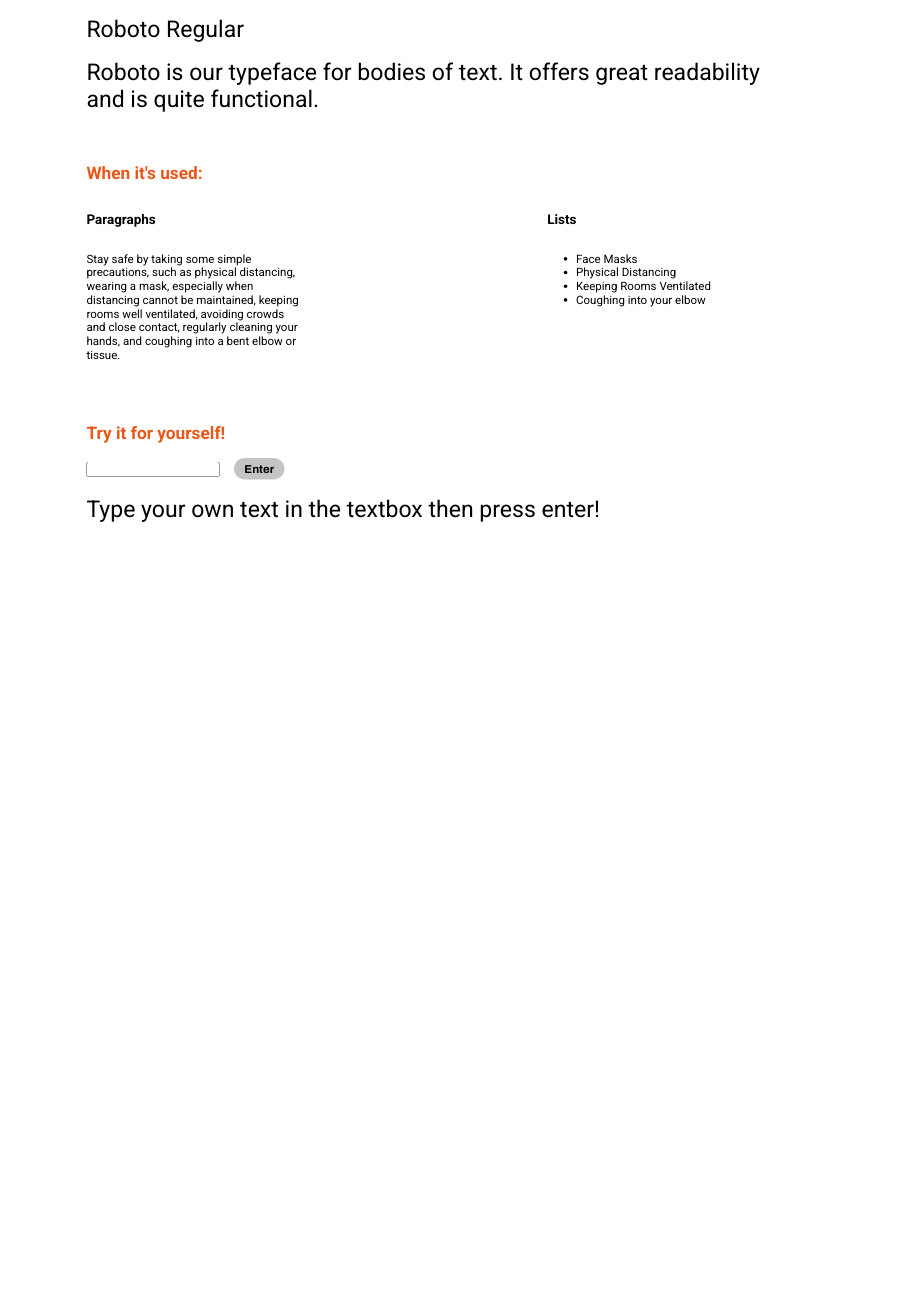
Repository: Levic559/bird-styleguide
Page: typography/index.html
The author's editor kept a copy of each file at every save. The page is drawn from the files as they stood at one save, then again after the next save.
The browser window is 1280 px wide. The pictures show the whole page, at 72% of full size.

Above is the page before, as saved 2021-03-22 05:37:58.

After the next save:
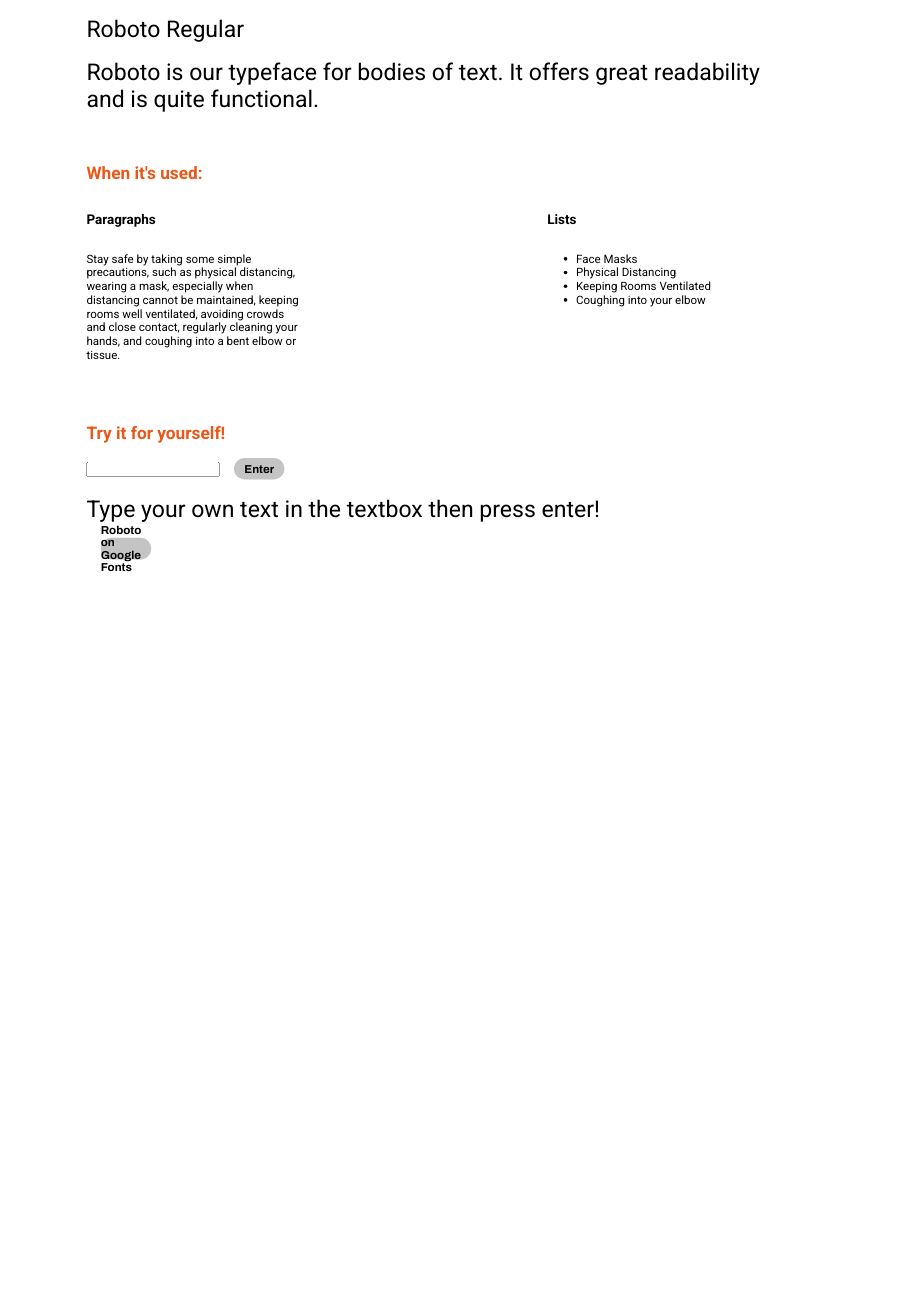
Saved 21 s later.
--- a/typography/index.html
+++ b/typography/index.html
@@ -39,6 +39,7 @@
                     <div class="enter" onclick="textOne()">Enter</div>
                 </div>
                 <h1 class="Roboto" id="output1">Type your own text in the textbox then press enter!</h1>
+                <div class="linkbutton">Roboto on Google Fonts</div>
 
             </div>
         </div>
